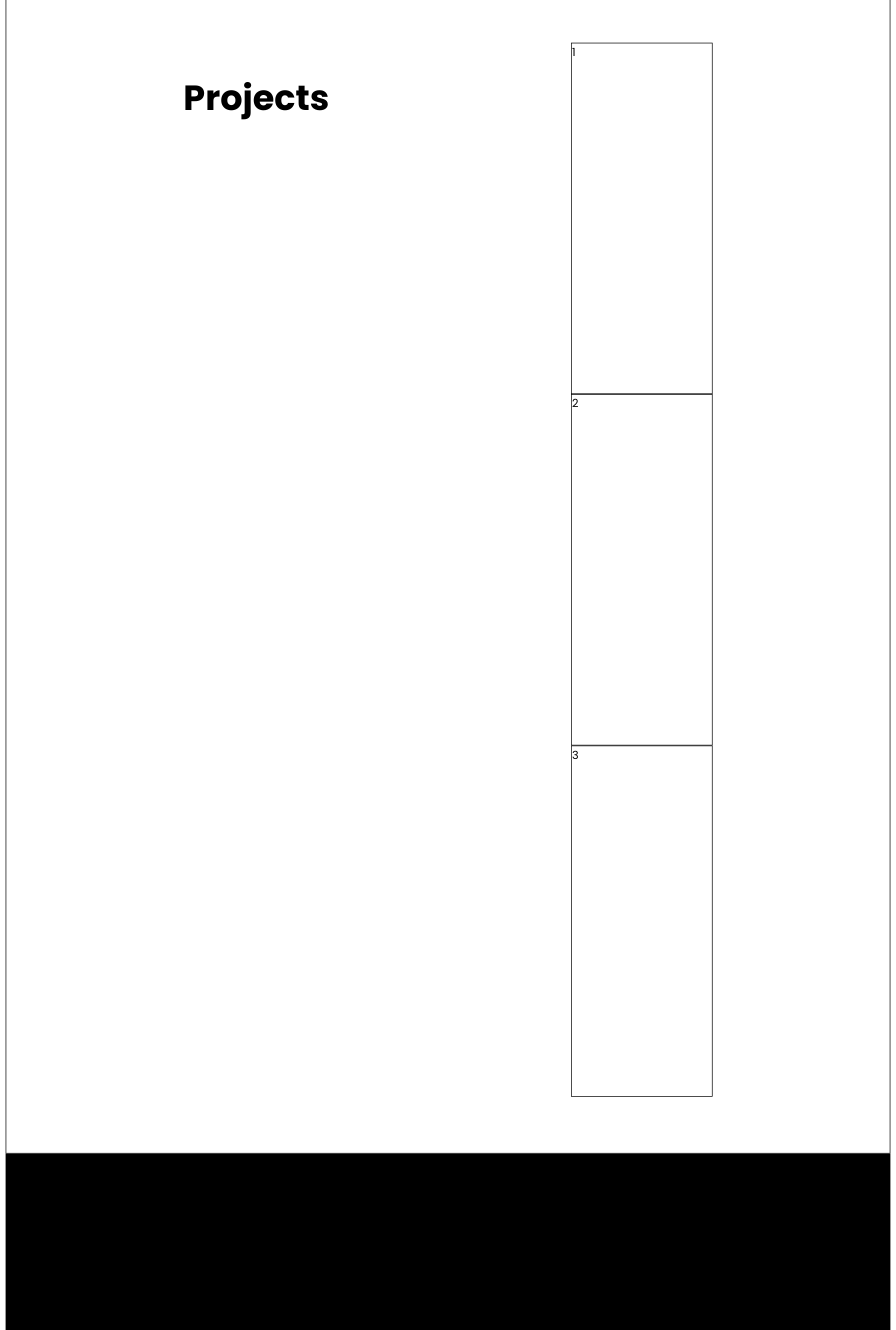
Repository: Jcparks84/Portfolio
Page: index.html
An editor plug-in stored every save of this project. The page is shown before and after the next save, followed by the edit.
The browser window is 1280 px wide. The pictures show the part of the page from y = 1160 to 3060 px (the page is 3316 px tall before and 3314 px after), at 70% of full size.
A picture or video elsewhere on the page could not be fetched, so the positions and the page height are approximate.

Above is the page before, as saved 2022-08-10 16:10:14.

### index.html
<!DOCTYPE html>
<html>
    <head>
        <link rel="stylesheet" href="src/styles.css"/>
        <link rel="preconnect" href="https://fonts.googleapis.com">
        <link rel="preconnect" href="https://fonts.gstatic.com" crossorigin>
        <link href="https://fonts.googleapis.com/css2?family=Poppins:wght@300;400;600;700;800&display=swap" rel="stylesheet">
        <title>Portfolio</title>
        <meta charset="UTF-8" />
    </head>
    <body>
        <section class="hero">
            <nav>
                <img class="logo" src="src/images/coding-png-11.png" alt="John's Logo"/>
                <ul>
                    <li>About Me</li>
                    <li>Projects</li>
                    <li>Contact Me</li>
                </ul>
            </nav>
            <div class="hero-area">
                <div class="hero-text">
                <h1>John Parks</h1>
                <p>Full Stack Developer</p>
                <div class="button">About me</div>
            </div>
            <div class="socials">
                <!-- lnkedin -->
                <a href="https://www.linkedin.com/in/jcparks84/" class="social">
                    <svg xmlns="http://www.w3.org/2000/svg" fill="#ffffff" width="50" height="50" viewBox="0 0 24 24"><path d="M19 0h-14c-2.761 0-5 2.239-5 5v14c0 2.761 2.239 5 5 5h14c2.762 0 5-2.239 5-5v-14c0-2.761-2.238-5-5-5zm-11 19h-3v-11h3v11zm-1.5-12.268c-.966 0-1.75-.79-1.75-1.764s.784-1.764 1.75-1.764 1.75.79 1.75 1.764-.783 1.764-1.75 1.764zm13.5 12.268h-3v-5.604c0-3.368-4-3.113-4 0v5.604h-3v-11h3v1.765c1.396-2.586 7-2.777 7 2.476v6.759z"/></svg>
                </a>
                <!-- Github -->
                <a href="https://github.com/Jcparks84" class="social">
                    <svg xmlns="http://www.w3.org/2000/svg" fill="#ffffff" width="50" height="50" viewBox="0 0 24 24"><path d="M12 0c-6.626 0-12 5.373-12 12 0 5.302 3.438 9.8 8.207 11.387.599.111.793-.261.793-.577v-2.234c-3.338.726-4.033-1.416-4.033-1.416-.546-1.387-1.333-1.756-1.333-1.756-1.089-.745.083-.729.083-.729 1.205.084 1.839 1.237 1.839 1.237 1.07 1.834 2.807 1.304 3.492.997.107-.775.418-1.305.762-1.604-2.665-.305-5.467-1.334-5.467-5.931 0-1.311.469-2.381 1.236-3.221-.124-.303-.535-1.524.117-3.176 0 0 1.008-.322 3.301 1.23.957-.266 1.983-.399 3.003-.404 1.02.005 2.047.138 3.006.404 2.291-1.552 3.297-1.23 3.297-1.23.653 1.653.242 2.874.118 3.176.77.84 1.235 1.911 1.235 3.221 0 4.609-2.807 5.624-5.479 5.921.43.372.823 1.102.823 2.222v3.293c0 .319.192.694.801.576 4.765-1.589 8.199-6.086 8.199-11.386 0-6.627-5.373-12-12-12z"/></svg>
                </a>
            </div>
        </div>
        </section>
        <section class="sub-section">
            <div class="info">
                <h2>About Me</h2>
                <p>Hello my name is John parks, I am a software developer looking for work!</p>
            </div>
            <div class="headshot-container">
                <img class="headshot" src="/Users/johnparks/Desktop/Screenshot at Jun 02 09-36-04.png" alt="John Parks headshot">
            </div>

        </section>
        <section class="sub-section">
            <h2>Projects</h2>
            <div>
                <div class="project-card">1</div>
                <div class="project-card">2</div>
                <div class="project-card">3</div>
            </div>
        </section>
        <footer></footer>

        <script src="src/app.js"></script>
    </body>
</html>

### src/styles.css
body {
    font-family: 'Poppins', sans-serif;

}

section {
    background-color: white;
    border: solid black 1px;
}

.hero {
    background-color: #1c1d25;
    height: 100vh;
    color: white;
    font-size: 40px;
}

footer {
    height: 500px;
    background-color: black;
}

nav {
    display: flex;
    justify-content: space-between;
}

ul {
    display: flex;
    list-style-type: none;
    width: 500px;
    justify-content: space-around;
    font-size: 30px;
}

li {
    text-decoration: none;
}

h1 {
    font-size: 90px;
    margin: 0;
}

h2 {
    font-size: 50px;
}

p {
    margin: 0;
    font-size: 30px;
    font-weight: 300;
}

.hero-area {
    display: flex;
    height: 100%;
    justify-content: space-between;
    align-items: center;
}

.hero-text {
    margin-left: 80px;
    margin-bottom: 200px;
}

.button {
    width: 200px;
    height: 55px;
    border-radius: 30px;
    background-color: coral;
    text-align: center;
    font-size: 30px;
    font-weight: 300;
    padding-top: 5px;
    margin-top: 20px;
}

.button:hover {
    background-color: #ef744b;
}

.button:active {
    background-color: #A9A9A9;
    color: #808080;
}

.socials {
    padding-bottom: 200px;
}

.logo {
    height: 100px;
    margin: 30px;
}

.social {
    margin: 20px
}

.sub-section {
    display: flex;
    justify-content: space-around;
    padding: 80px;
}

.headshot {
    width: 300px;
    border-radius: 150px;
}

.headshot-container {
    display: flex;
    align-items: center;
}

.project-card {
    width: 200px;
    height: 500px;
    border: 1px solid black;

}

Loaded but not shown: src/app.js (no stored copy; drawn as an empty file)

After the next save:
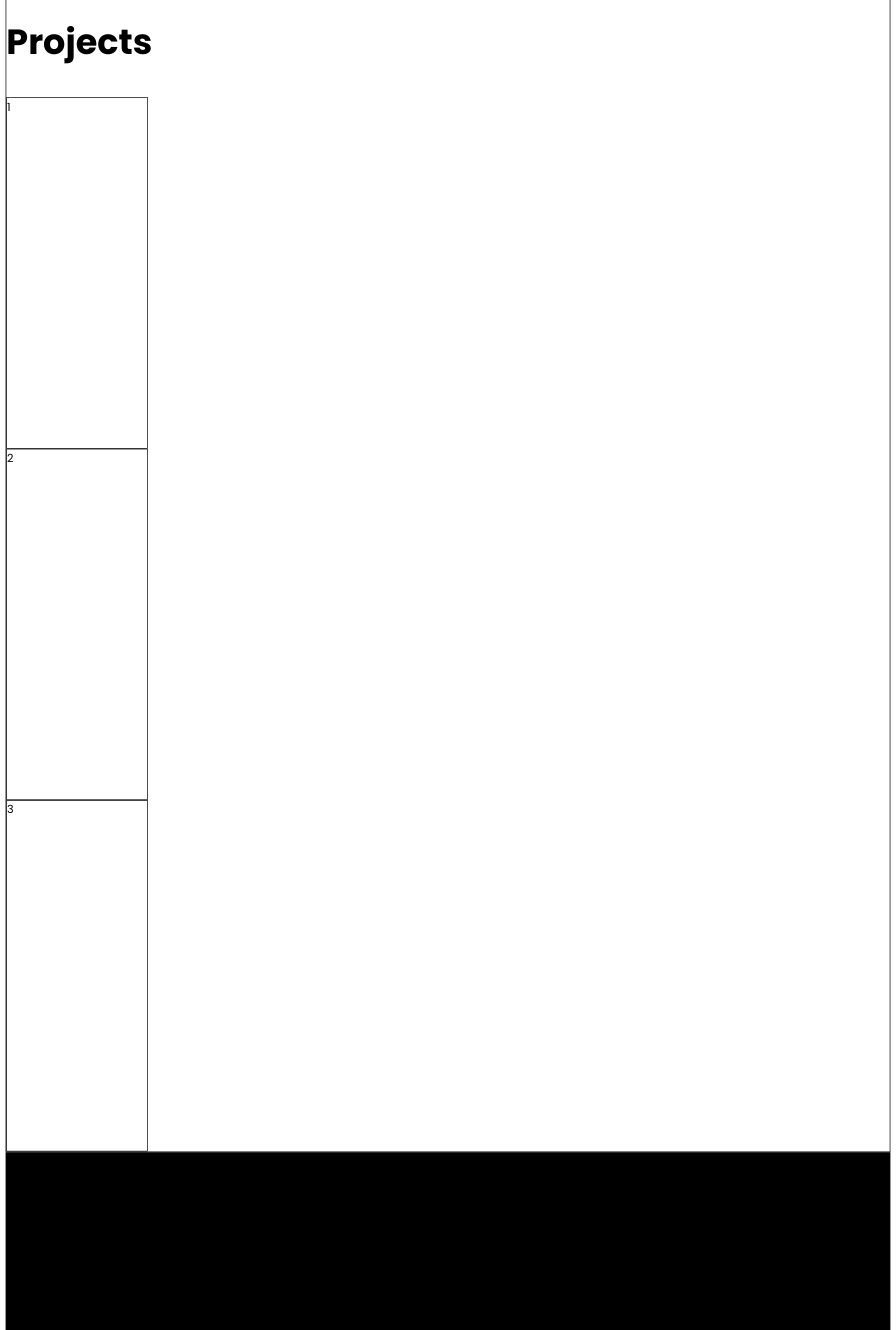
Saved 38 s later.
--- a/index.html
+++ b/index.html
@@ -46,7 +46,7 @@
             </div>
 
         </section>
-        <section class="sub-section">
+        <section>
             <h2>Projects</h2>
             <div>
                 <div class="project-card">1</div>
